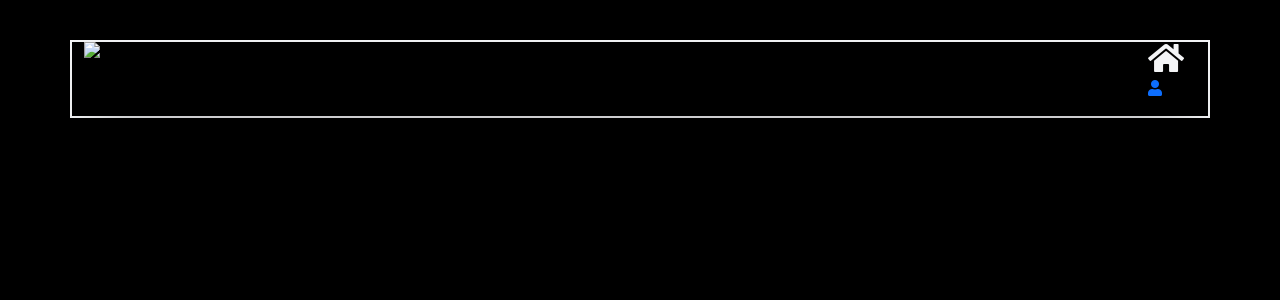
Repository: latenightsnacc/urban-pancake
Page: index.html
An editor plug-in stored every save of this project. The page is shown before and after the next save, followed by the edit.
The browser window is 1280 px wide. The pictures show the whole page.
Some web libraries are served in a nearby version.

Above is the page before, as saved 2021-04-30 10:37:32.

### index.html
<!DOCTYPE html>
<html lang="en">
<head>
    <meta charset="UTF-8">
    <meta http-equiv="X-UA-Compatible" content="IE=edge">
    <meta name="viewport" content="width=device-width, initial-scale=1.0">
    <!--Tailwind Css-->
    <link href="https://unpkg.com/tailwindcss@^2/dist/tailwind.min.css" rel="stylesheet">
    <!--Bootstrap CSS-->
    <link href="https://cdn.jsdelivr.net/npm/bootstrap@5.0.0-beta3/dist/css/bootstrap.min.css" rel="stylesheet" integrity="sha384-eOJMYsd53ii+scO/bJGFsiCZc+5NDVN2yr8+0RDqr0Ql0h+rP48ckxlpbzKgwra6" crossorigin="anonymous">
    <!--Font Awesome 5 CDN-->
    <link href="https://cdnjs.cloudflare.com/ajax/libs/font-awesome/5.13.0/css/all.min.css" rel="stylesheet">
    <!--Material Icons-->
    <link href="https://fonts.googleapis.com/css?family=Material+Icons|Material+Icons+Outlined|Material+Icons+Two+Tone|Material+Icons+Round|Material+Icons+Sharp" rel="stylesheet">
    <!--Google Font-->
    <link rel="preconnect" href="https://fonts.gstatic.com">
    <link href="https://fonts.googleapis.com/css2?family=Archivo:wght@400;700&display=swap" rel="stylesheet">
    <title>GRUPA</title>
</head>
<body class="bg-black pt-10">
    <main class="wrapper container border-2 border-gray-100">
        <!--Header-->
        <header class="shadow-2xl">
            <nav class="flex flex-row justify-between">
                <a href="index.html">
                    <img src="/" >
                </a>

                <ul>
                    <li class="mr-3">
                        <a href="index.html" class="text-gray-100">
                            <i class="fas fa-home fa-2x"></i>
                        </a>
                    </li>
                    <li>
                        <a href="#">
                            <i class="fas fa-user"></i>
                        </a>
                    </li>
                </ul>
            </nav>
        </header>

        <!--End of Header-->
    </main>
    <!--bootstrap JS-->
    <script src="https://cdn.jsdelivr.net/npm/bootstrap@5.0.0-beta3/dist/js/bootstrap.bundle.min.js" integrity="sha384-JEW9xMcG8R+pH31jmWH6WWP0WintQrMb4s7ZOdauHnUtxwoG2vI5DkLtS3qm9Ekf" crossorigin="anonymous"></script>
</body>
</html>

After the next save:
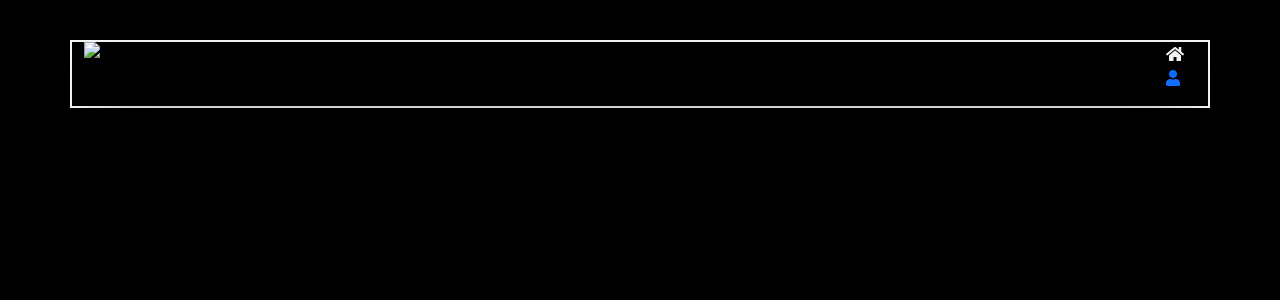
Saved 14 s later.
--- a/index.html
+++ b/index.html
@@ -29,7 +29,7 @@
                 <ul>
                     <li class="mr-3">
                         <a href="index.html" class="text-gray-100">
-                            <i class="fas fa-home fa-2x"></i>
+                            <i class="fas fa-home"></i>
                         </a>
                     </li>
                     <li>
